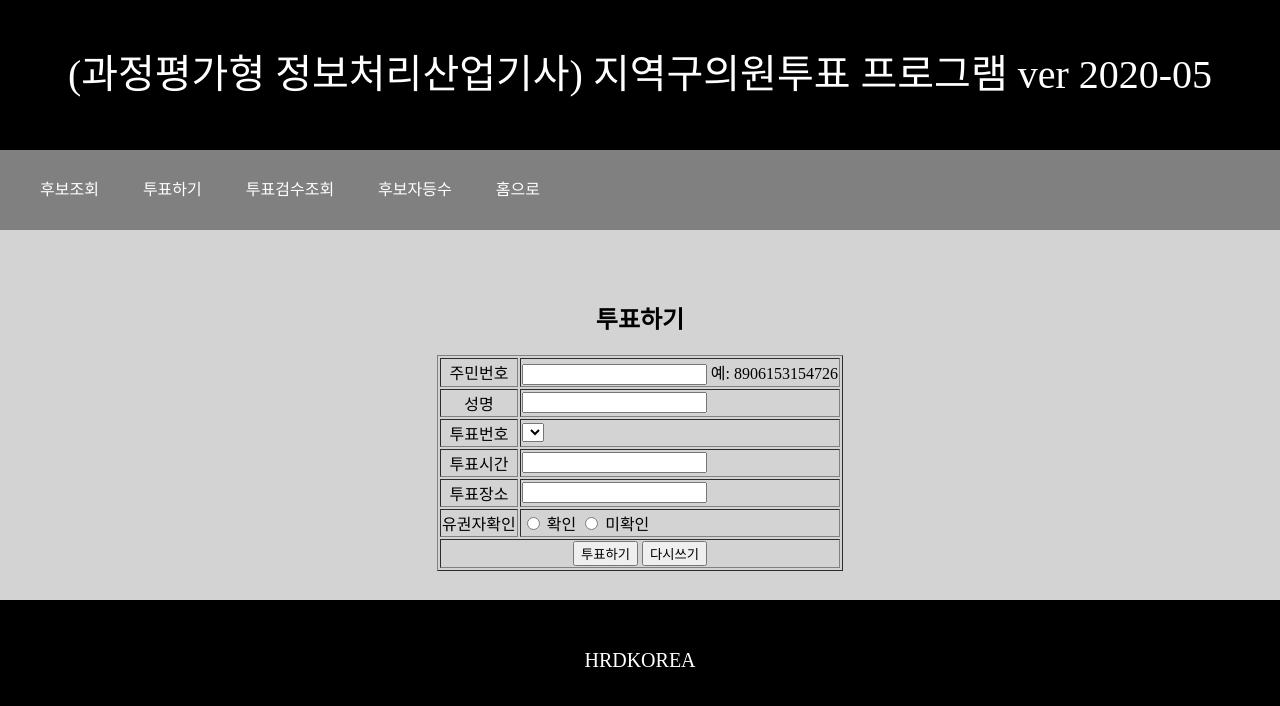
Repository: junhee97/-
Page: http://localhost/HRD_03/vote.jsp
The author's editor kept a copy of each file at every save. The page is drawn from the files as they stood at one save, then again after the next save.
The browser window is 1280 px wide. The pictures show the whole page.
The page is served by Tomcat 9.

Above is the page before, as saved 2025-08-14 12:44:08.

After the next save:
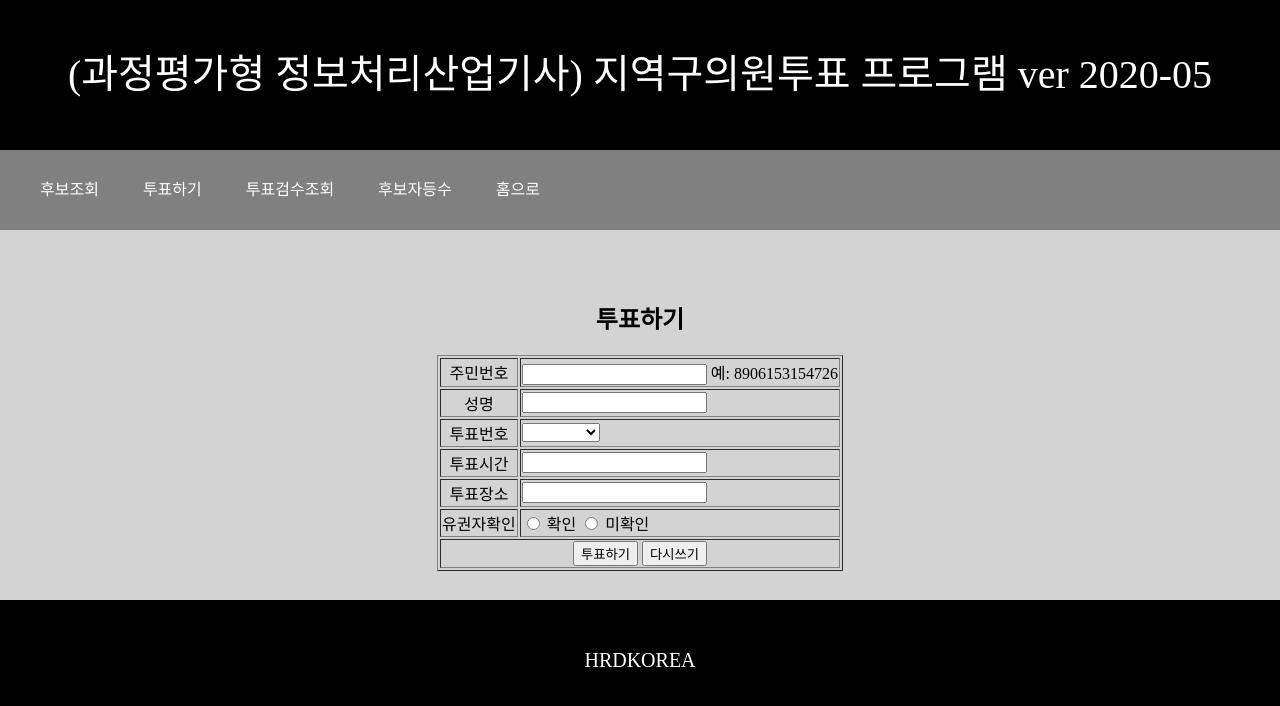
Saved 30 s later.
--- a/HRD_03/WebContent/vote.jsp
+++ b/HRD_03/WebContent/vote.jsp
@@ -32,6 +32,7 @@
 			<td>
 				<select>
 					<option></option>
+					<option>[1] 김후보</option>
 				</select>
 			</td>
 		</tr>
